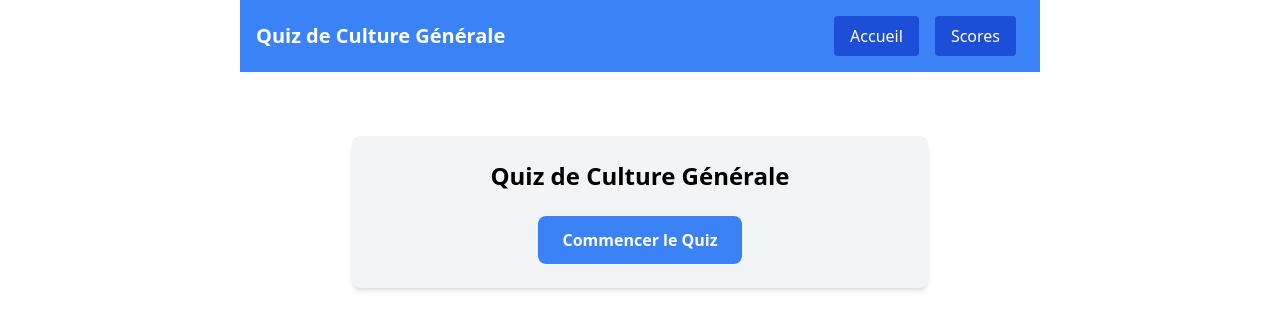
Repository: snaike71/quizvue
Page: /
An editor plug-in stored every save of this project. The page is shown before and after the next save, followed by the edit.
The browser window is 1280 px wide. The pictures show the whole page.
The project was rebuilt for these pictures with package versions that can differ from the ones it lists, and the page was loaded fresh each time. Also part of the build but not shown: vite.config.ts, src/components/QuizProgress.vue, src/components/QuizQuestion.vue, src/components/QuizTimer.vue, src/components/Leaderboard.vue.

Above is the page before, as saved 2024-10-31 11:11:25.

After the next save:
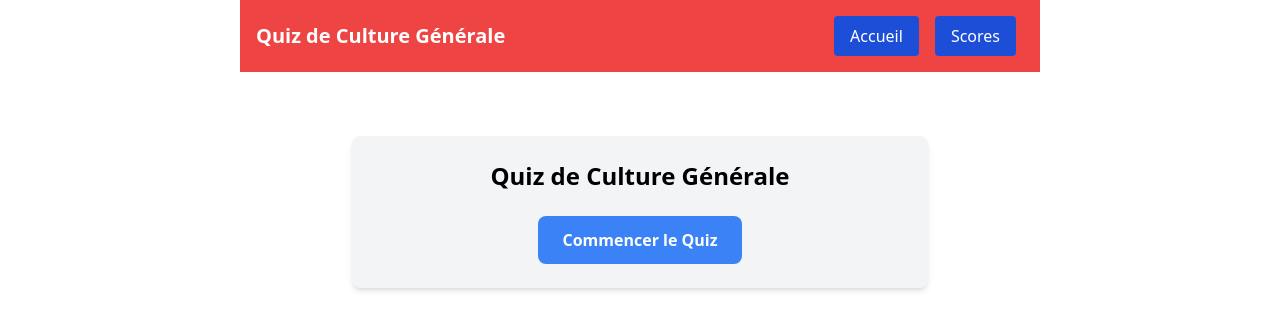
Saved 5 min 49 s later.
--- a/src/App.vue
+++ b/src/App.vue
@@ -1,7 +1,7 @@
 <template>
   <div class="app-container">
     <!-- Barre de navigation -->
-    <nav class="bg-blue-500 text-white p-4 flex justify-between items-center">
+    <nav class="bg-red-500 text-white p-4 flex justify-between items-center">
       <h1 class="text-xl font-bold">Quiz de Culture Générale</h1>
       <div>
         <button @click="showStartScreen" class="mx-2 px-4 py-2 bg-blue-700 rounded hover:bg-blue-800 transition">Accueil</button>

After the save that followed:
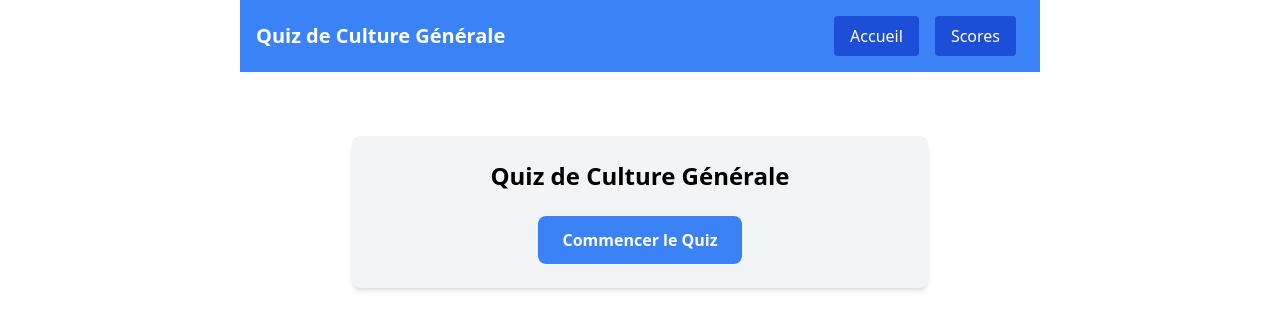
Saved 2 min 19 s later.
--- a/src/App.vue
+++ b/src/App.vue
@@ -1,7 +1,7 @@
 <template>
   <div class="app-container">
     <!-- Barre de navigation -->
-    <nav class="bg-red-500 text-white p-4 flex justify-between items-center">
+    <nav class="bg-blue-500 text-white p-4 flex justify-between items-center">
       <h1 class="text-xl font-bold">Quiz de Culture Générale</h1>
       <div>
         <button @click="showStartScreen" class="mx-2 px-4 py-2 bg-blue-700 rounded hover:bg-blue-800 transition">Accueil</button>
